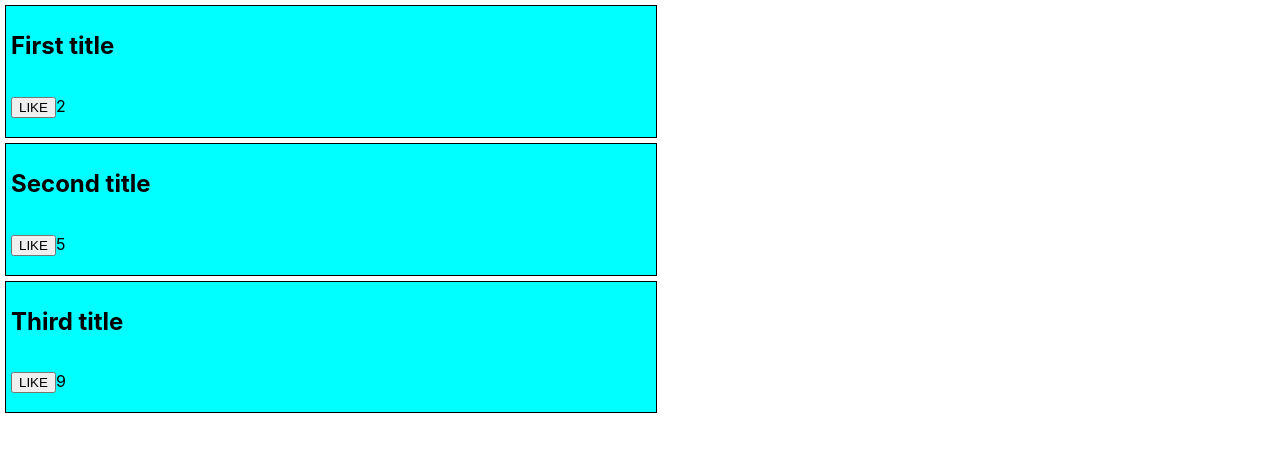
Repository: asapvtec98/egzamin
Page: /
An editor plug-in stored every save of this project. The page is shown before and after a run of saves, followed by the edit.
The browser window is 1280 px wide. The pictures show the whole page.
The project was rebuilt for these pictures with package versions that can differ from the ones it lists, and the page was loaded fresh each time.

Above is the page before, as saved 2023-11-14 09:44:16.

After the next 3 saves:
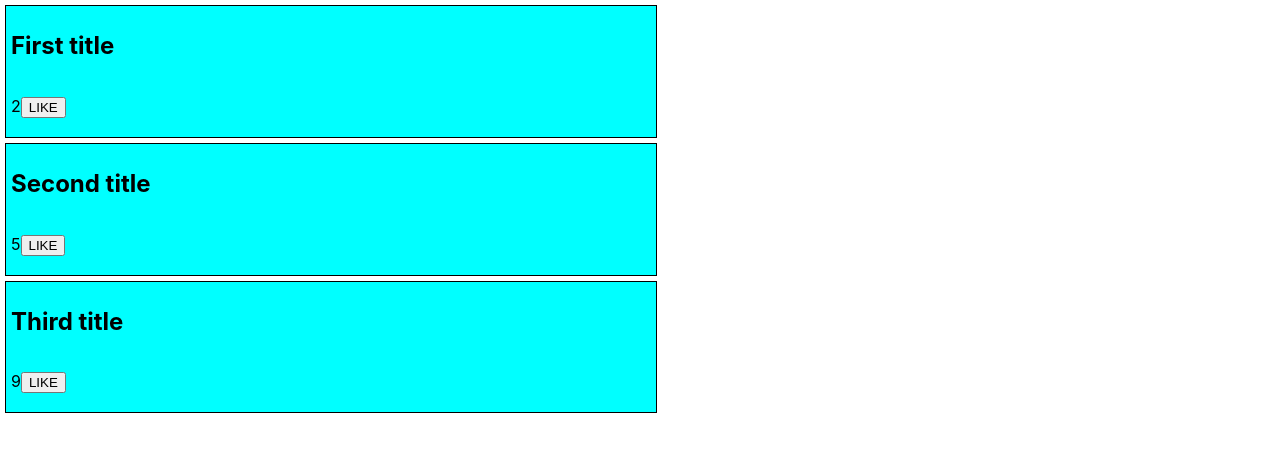
The 3 saves are shown as one change because they came seconds apart.
The last was saved 96 s later.
--- a/src/components/Comment.js
+++ b/src/components/Comment.js
@@ -21,15 +21,15 @@ function Komentarz(props) {
     return(
         <div className="comment">
             <h2>{props.title}</h2>
-            <div >
+            <div>
+                <div className="inline">
+                    <p>{count}</p>
+                </div>
                 <div className="inline">
                     <button type="button" onClick={() => {
                         setShow(!show)
                         handleLikes();
                     }}>{show === true ? 'LIKE' : 'DISLIKE'}</button>
-                </div>
-                <div className="inline">
-                    <p>{count}</p>
                 </div>
             </div>
         </div>
